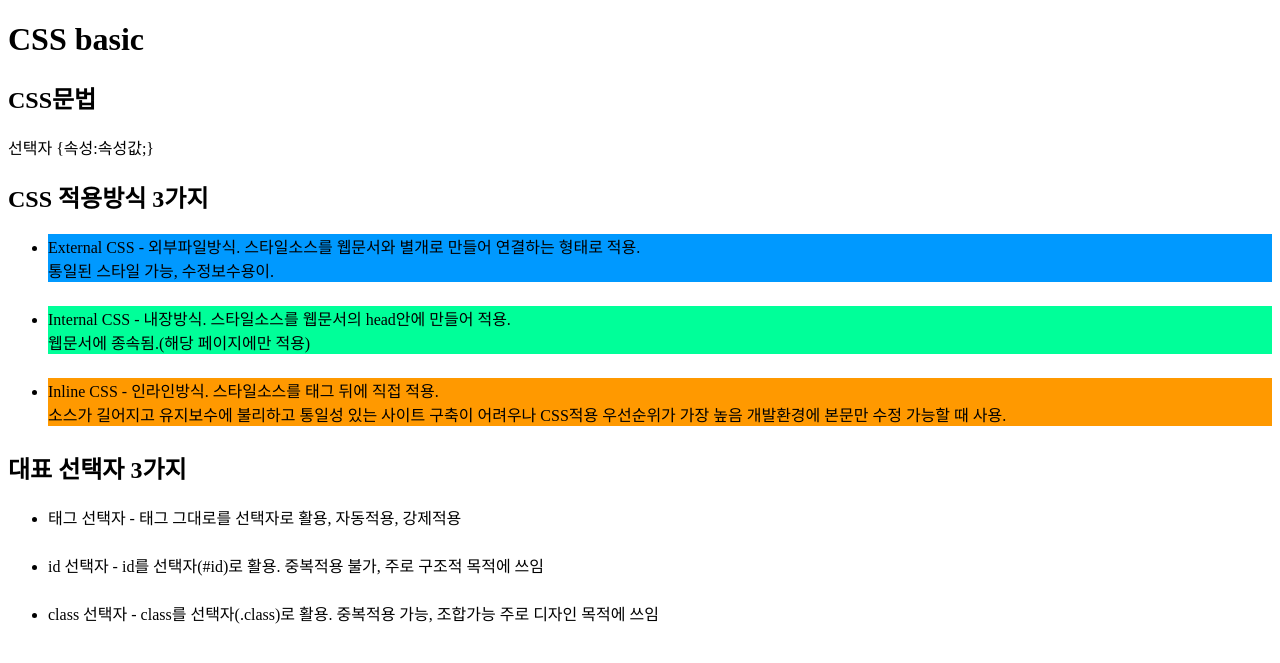
Repository: Git-Seokcoding/WEB
Page: CSS3/src/main/webapp/basic.html
These files come from the project's save history. The page is drawn as it stood at one moment and after the next save; the edit follows.
The browser window is 1280 px wide. The pictures show the whole page.

Above is the page before, as saved 2023-10-12 08:14:36.

After the next save:
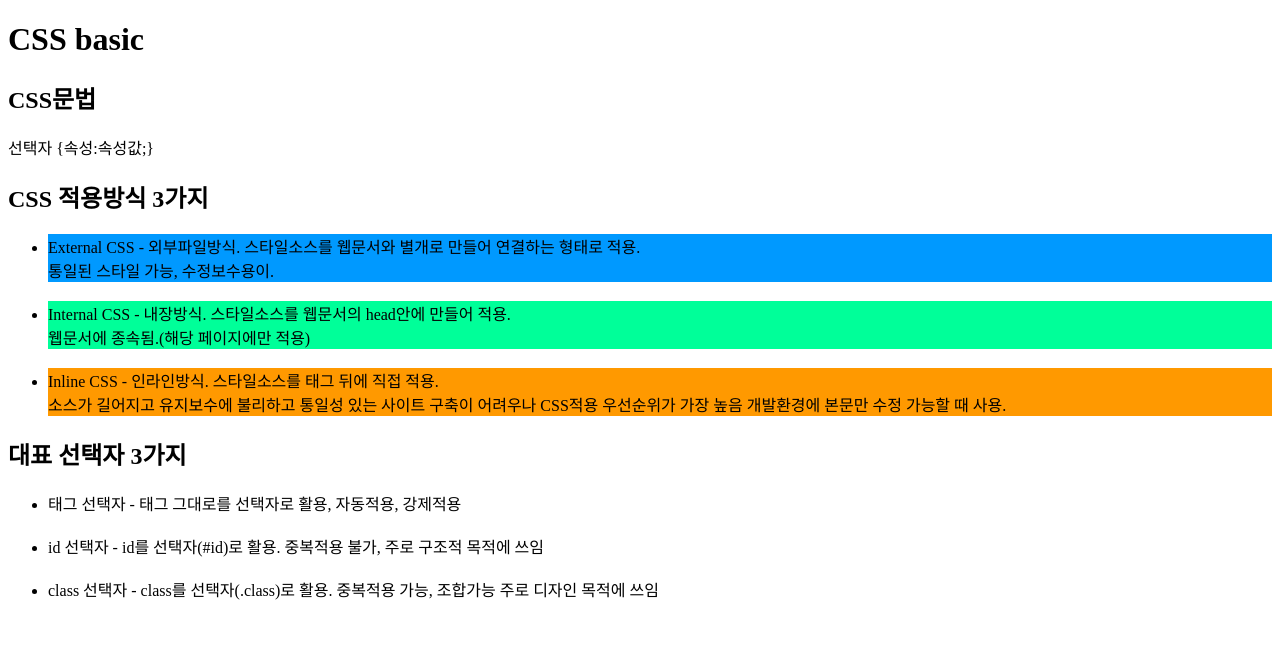
Saved 12 s later.
--- a/CSS3/src/main/webapp/basic.html
+++ b/CSS3/src/main/webapp/basic.html
@@ -8,7 +8,7 @@
 
 	<style type="text/css">
 	/*internal css방식 */
-		li {margin-bottom: 1.5em;}
+		li {margin-bottom: 1.2em;}
 		#in {background-color:#0f9;}
 	</style>
 </head>
